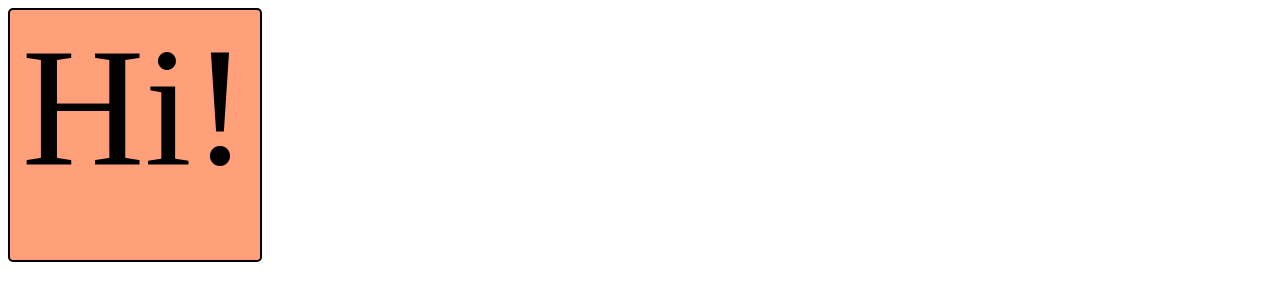
Repository: nottonofclay/csi_waymo
Page: animations/animations.html
The author's editor kept a copy of each file at every save. The page is drawn from the files as they stood at one save, then again after the next save.
The browser window is 1280 px wide. The pictures show the whole page.

Above is the page before, as saved 2023-07-06 12:45:15.

After the next save:
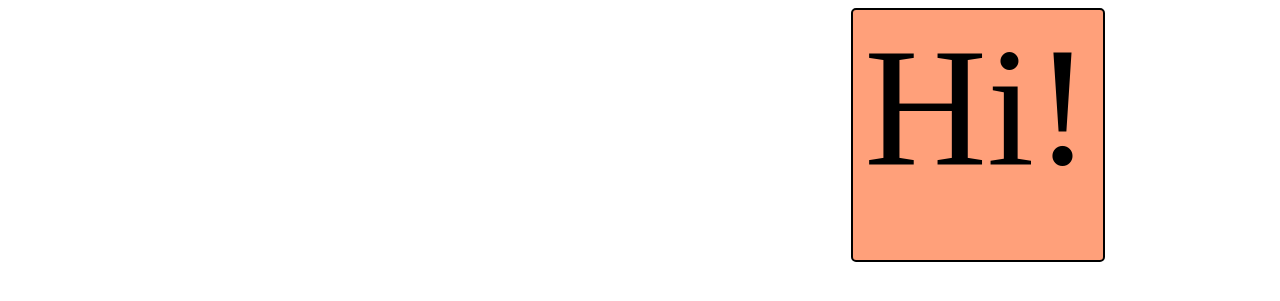
Saved 5 s later.
--- a/animations/animations.css
+++ b/animations/animations.css
@@ -14,7 +14,7 @@
     animation-timing-function: ease-out;
     animation-duration: 3s; */
     /* duration | time func | delay | iter count | playstate | name */
-    /* animation: 3s linear 0s 10 running mySlide; */
+    animation: 3s linear 0s 10 running mySlide;
 }
 
 #box1:hover {
